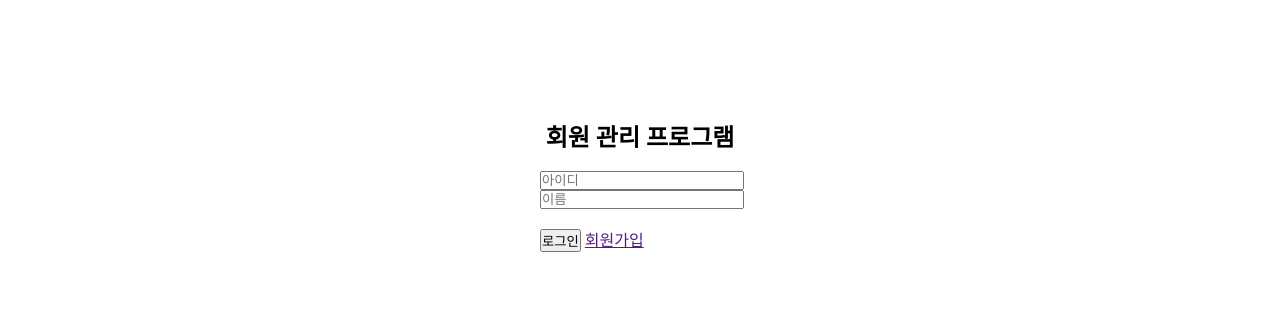
Repository: soeun1365/ServerProgram1
Page: http://localhost/ServerProgram1/login.jsp
These files come from the project's save history. The page is drawn as it stood at one moment and after the next save; the edit follows.
The browser window is 1280 px wide. The pictures show the whole page.
The page is served by Tomcat 9. Other server files are loaded and not shown.

Above is the page before, as saved 2021-06-14 06:35:26.

### ServerProgram1/WebContent/login.jsp
<%@ page language="java" contentType="text/html; charset=UTF-8"
    pageEncoding="UTF-8"%>
<!DOCTYPE html>
<html>
<head>
	<meta charset="UTF-8">
	<title>login</title>
	<style>
		*{
			padding: 0;
			margin: 0 auto;
		}
		h2{
			margin-top: 100px;
			text-align: center;
		}
		form, input{
			width: 200px;
		}
		input{
			height: 15px;
		}
	</style>
</head>
<body>

	<br>
	<h2>회원 관리 프로그램</h2><br>
	<form>

		<input type="text" placeholder="아이디"><br>
		<input type="text" placeholder="이름"><br>
		<br>
		<div>
			<button>로그인</button>
			<a href="">회원가입</a>
		</div>

	</form>
</body>
</html>

After the next save:
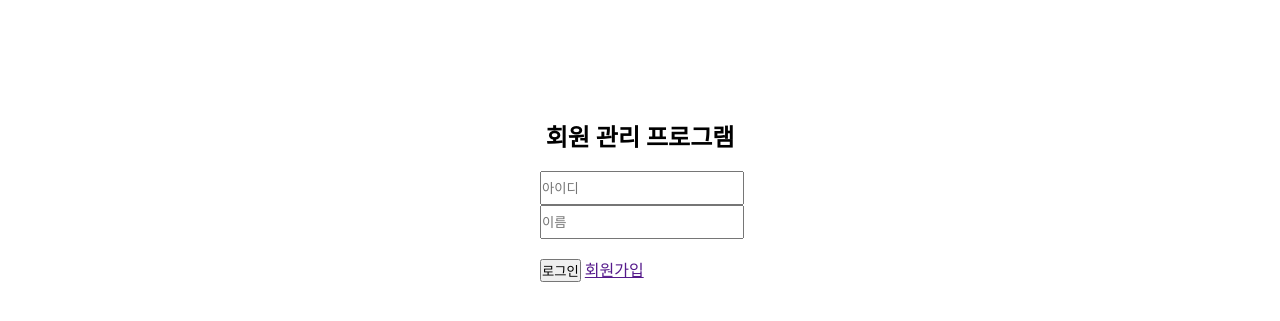
Saved 4 s later.
--- a/ServerProgram1/WebContent/login.jsp
+++ b/ServerProgram1/WebContent/login.jsp
@@ -18,7 +18,7 @@
 			width: 200px;
 		}
 		input{
-			height: 15px;
+			height: 30px;
 		}
 	</style>
 </head>

After the save that followed:
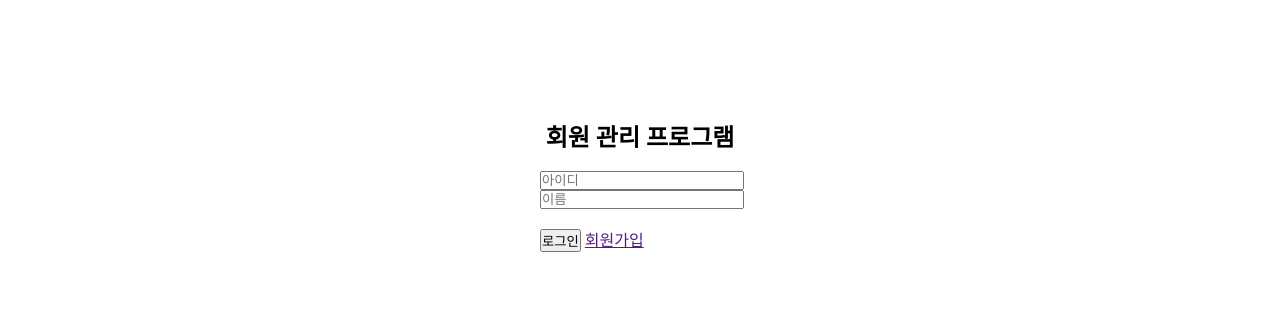
Saved 9 s later.
--- a/ServerProgram1/WebContent/login.jsp
+++ b/ServerProgram1/WebContent/login.jsp
@@ -16,9 +16,6 @@
 		}
 		form, input{
 			width: 200px;
-		}
-		input{
-			height: 30px;
 		}
 	</style>
 </head>
